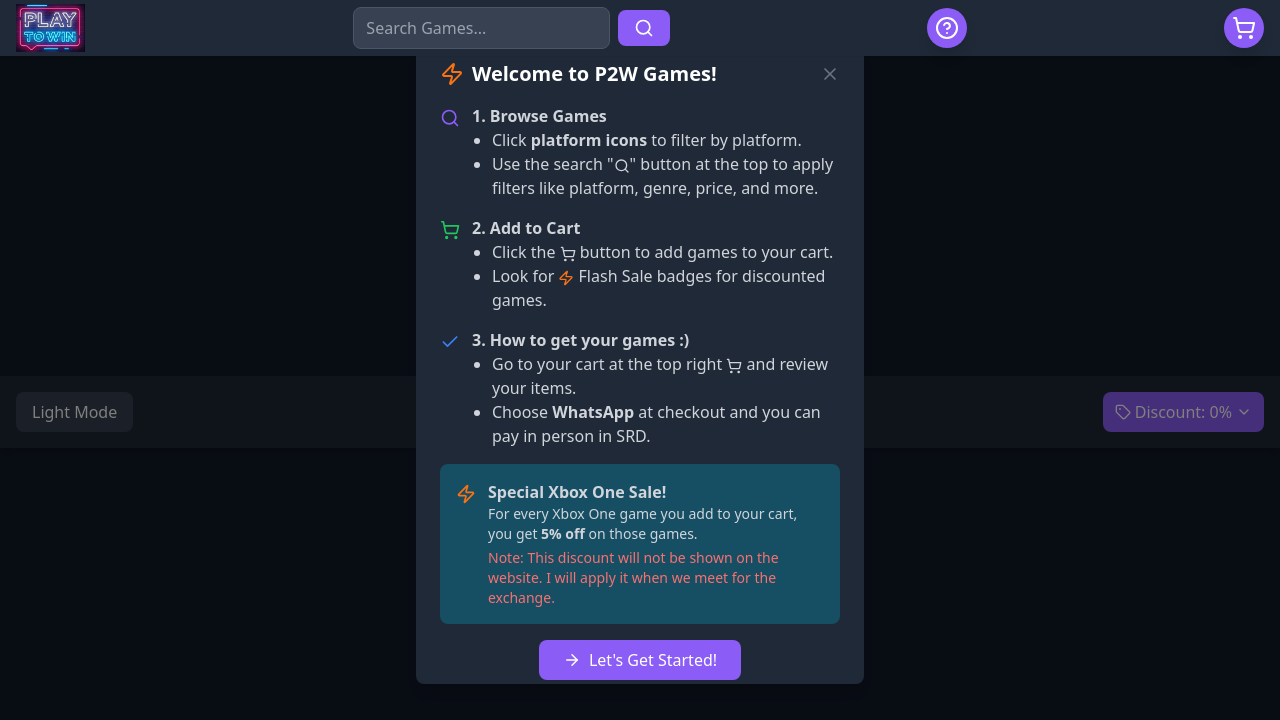
Repository: Play2Win777/P2W-Superbase
Page: /checkout
An editor plug-in stored every save of this project. The page is shown before and after the next save, followed by the edit.
The browser window is 1280 px wide. The pictures show the whole page.
The page's requests for data from a server got no answer. The project was rebuilt for these pictures with package versions that can differ from the ones it lists, and the page was loaded fresh each time. No one was signed in, and anything a server would have sent is missing. Also part of the build but not shown: vite.config.ts, src/components/Filters.tsx, src/components/GameCard.tsx, src/components/FlashSaleBadge.tsx, src/pages/GameDetails.tsx, src/pages/FlashSalePage.tsx, src/components/Toast.tsx.

Above is the page before, as saved 2025-03-21 15:55:18.

### index.html
<!doctype html>
<html lang="en">
  <head>
    <meta charset="UTF-8" />
    <link rel="icon" type="image/svg+xml" href="/vite.svg" />
    <meta name="viewport" content="width=device-width, initial-scale=1.0" />
    <title>P2W Games</title>
  </head>
  <body>
    <div id="root"></div>
    <script type="module" src="/src/main.tsx"></script>
  </body>
</html>

### src/main.tsx
import { StrictMode } from 'react';
import { createRoot } from 'react-dom/client';
import App from './App.tsx';
import './index.css';

// Add Storylane script dynamically
//const script = document.createElement('script');
//script.src = 'https://js.storylane.io/js/v2/storylane.js';
//script.async = true;
//document.head.appendChild(script);

createRoot(document.getElementById('root')!).render(
  <StrictMode>
    <App />
  </StrictMode>
);

### src/App.tsx
// src/App.tsx
import React, { useEffect, useState } from 'react';
import { BrowserRouter as Router, Routes, Route, useNavigate, useLocation } from 'react-router-dom';
import { Search, Zap, X, ShoppingCart, Filter, ArrowRight, Check, HelpCircle } from 'lucide-react';
import { fetchGames } from './api';
import { useStore } from './store';
import { Filters } from './components/Filters';
import { GameCard } from './components/GameCard';
import { Cart } from './components/Cart';
import { GameDetails } from './pages/GameDetails';
import { Checkout } from './pages/Checkout';
import { FlashSalePage } from './pages/FlashSalePage';
import { DiscountPopup } from './components/DiscountPopup';
import { ThemeContext } from './context/ThemeContext';
import { Toast } from './components/Toast';
import { ExchangeRateProvider } from './context/ExchangeRateContext'; // Import the ExchangeRateProvider

// IntroModal Component
const IntroModal = ({ isOpen, onClose }) => {
  if (!isOpen) return null;

  return (
    <div className="fixed inset-0 bg-black/50 flex items-center justify-center p-4 z-50">
      <div className="bg-white dark:bg-gray-800 p-6 rounded-lg max-w-md w-full max-h-[90vh] overflow-y-auto shadow-lg">
        {/* Modal Header */}
        <div className="flex justify-between items-center mb-4">
          <h2 className="text-xl font-bold dark:text-white flex items-center gap-2">
            <Zap size={24} className="text-orange-500" />
            Welcome to P2W Games!
          </h2>
          <button
            onClick={onClose}
            className="text-gray-500 hover:text-gray-700 dark:hover:text-gray-300"
          >
            <X size={20} />
          </button>
        </div>

        {/* Modal Body */}
        <div className="text-gray-700 dark:text-gray-300 space-y-4">
          {/* Step 1: Browse Games */}
          <div className="flex items-start gap-3">
            <Search size={20} className="flex-shrink-0 mt-1 text-purple-500" />
            <div>
              <p className="font-semibold">1. Browse Games</p>
              <ul className="list-disc pl-5">
                <li>Click <strong>platform icons</strong> to filter by platform.</li>
                <li>Use the search "<Search size={16} className="inline" />" button at the top to apply filters like platform, genre, price, and more.</li>
              </ul>
            </div>
          </div>

          {/* Step 2: Add to Cart */}
          <div className="flex items-start gap-3">
            <ShoppingCart size={20} className="flex-shrink-0 mt-1 text-green-500" />
            <div>
              <p className="font-semibold">2. Add to Cart</p>
              <ul className="list-disc pl-5">
                <li>Click the <ShoppingCart size={16} className="inline" /> button to add games to your cart.</li>
                <li>Look for <Zap size={16} className="inline text-orange-500" /> Flash Sale badges for discounted games.</li>
              </ul>
            </div>
          </div>

          {/* Step 3: Checkout */}
          <div className="flex items-start gap-3">
            <Check size={20} className="flex-shrink-0 mt-1 text-blue-500" />
            <div>
              <p className="font-semibold">3. How to get your games :)</p>
              <ul className="list-disc pl-5">
                <li>Go to your cart at the top right <ShoppingCart size={16} className="inline" /> and review your items.</li>
                <li>Choose <strong>WhatsApp</strong> at checkout and you can pay in person in SRD.</li>
              </ul>
            </div>
          </div>

          {/* Special Xbox One Sale Note */}
          <div className="bg-yellow-100 dark:bg-cyan-900 p-4 rounded-lg">
            <div className="flex items-start gap-3">
              <Zap size={20} className="flex-shrink-0 mt-1 text-orange-500" />
              <div>
                <p className="font-semibold">Special Xbox One Sale!</p>
                <p className="text-sm">
                  For every Xbox One game you add to your cart, you get <strong>5% off</strong> on those games.
                  <span className="block mt-1 text-red-600 dark:text-red-400">
                    Note: This discount will not be shown on the website. I will apply it when we meet for the exchange.
                  </span>
                </p>
              </div>
            </div>
          </div>

          {/* Call to Action */}
          <div className="mt-4 flex justify-center">
            <button
              onClick={onClose}
              className="bg-purple-500 text-white px-6 py-2 rounded-lg hover:bg-purple-600 transition-colors flex items-center gap-2"
            >
              <ArrowRight size={18} />
              Let's Get Started!
            </button>
          </div>
        </div>
      </div>
    </div>
  );
};

// SEARCH BAR COMPONENT
const SearchBar = () => {
  const {
    games,
    searchGames,
    setFilteredGames,
    setCurrentPage
  } = useStore();
  const [searchTerm, setSearchTerm] = useState('');
  const navigate = useNavigate();
  const location = useLocation();

  const handleSearch = (e) => {
    const term = e.target.value;
    setSearchTerm(term);

    if (searchGames) {
      searchGames(term);
    } else {
      if (!term.trim()) {
        setFilteredGames(games);
      } else {
        const results = games.filter(game =>
          game.Game_Title.toLowerCase().includes(term.toLowerCase())
        );
        setFilteredGames(results);
      }
    }

    // Reset to first page when searching
    setCurrentPage(1);

    // If user is not on the home page and they've typed at least 2 characters, navigate to home
    if (location.pathname !== '/' && term.length >= 2) {
      navigate('/');
    }
  };

  return (
    <input
      type="text"
      placeholder="Search Games..."
      value={searchTerm}
      onChange={handleSearch}
      className="w-full px-3 py-2 border rounded-lg text-gray-900 dark:bg-gray-700 dark:text-white dark:border-gray-600"
    />
  );
};

// FOOTER COMPONENT
const Footer = ({ toggleDarkMode, darkMode }) => {
  return (
    <footer className="bg-white dark:bg-gray-800 shadow-md mt-8 py-4 overflow-visible">
      <div className="container mx-auto px-4 flex items-center justify-between">
        {/* Dark Mode Toggle on the left */}
        <button
          onClick={toggleDarkMode}
          className="bg-gray-200 dark:bg-gray-700 text-gray-900 dark:text-white px-4 py-2 rounded-lg whitespace-nowrap"
        >
          {darkMode ? (
            <span>Light Mode</span>
          ) : (
            <span>Dark Mode</span>
          )}
        </button>

        {/* Add DiscountPopup button to the footer */}
        <div className="ml-4">
          <DiscountPopup />
        </div>
      </div>
    </footer>
  );
};

function App() {
  const {
    games,
    filteredGames,
    currentPage,
    setGames,
    setFilteredGames,
    setCurrentPage,
    showFilters,
    setShowFilters,
    filters,
    toastMessage,
    toastDiscountInfo,
  } = useStore();

  const [darkMode, setDarkMode] = useState(true);
  const [isScrolling, setIsScrolling] = useState(false);
  const [showIntroModal, setShowIntroModal] = useState(false);

  // Show intro modal on first visit
  useEffect(() => {
    const hasSeenIntro = localStorage.getItem('hasSeenIntro');
    if (!hasSeenIntro) {
      setShowIntroModal(true);
      localStorage.setItem('hasSeenIntro', 'true');
    }
  }, []);

  useEffect(() => {
    const loadGames = async () => {
      const fetchedGames = await fetchGames();
      const randomizedGames = [...fetchedGames].sort(() => Math.random() - 0.5);
      setGames(randomizedGames);
      setFilteredGames(randomizedGames);
    };

    loadGames();
  }, [setGames, setFilteredGames]);

  useEffect(() => {
    if (darkMode) {
      document.documentElement.classList.add('dark');
    } else {
      document.documentElement.classList.remove('dark');
    }
  }, [darkMode]);

  const toggleDarkMode = () => {
    setDarkMode((prev) => !prev);
  };

  const toggleFilters = () => {
    setShowFilters(!showFilters);
    if (!showFilters) {
      setIsScrolling(false);
      window.scrollTo({ top: 0, behavior: 'smooth' });
      setTimeout(() => {
        setIsScrolling(true);
      }, 1000);
    }
  };

  const gamesPerPage = 12;
  const paginatedGames = filteredGames.slice(0, currentPage * gamesPerPage);
  const hasMore = paginatedGames.length < filteredGames.length;

  const themeValue = {
    darkMode,
    toggleDarkMode: () => setDarkMode(prev => !prev)
  };

  return (
    <ThemeContext.Provider value={themeValue}>
      <ExchangeRateProvider> {/* Wrap the app with ExchangeRateProvider */}
        <Router>
          <div className={`min-h-screen ${darkMode ? 'bg-gray-900' : 'bg-gray-50'}`}>
            {/* Intro Modal */}
            <IntroModal
              isOpen={showIntroModal}
              onClose={() => setShowIntroModal(false)}
            />

            {/* Toast */}
            {toastMessage && (
              <Toast
                message={toastMessage}
                discountInfo={toastDiscountInfo || undefined}
              />
            )}

            <header className="bg-white dark:bg-gray-800 shadow-sm sticky top-0 z-50">
              <div className="container mx-auto px-4 py-1">
                <div className="flex justify-between items-center">
                  <div className="flex items-center gap-2">
                    <h1
                      onClick={() => window.location.href = '/'}
                      className="text-2xl font-bold text-gray-900 dark:text-white whitespace-nowrap cursor-pointer flex items-center"
                    >
                      <img src="/assets/icons/p2wlogo.png" alt="Play 2 Win" className="h-12 mr-3" />
                    </h1>
                  </div>

                  <div className="flex items-center w-1/2 md:w-auto">
                    <div className="mr-2 flex-grow">
                      <SearchBar />
                    </div>
                    <button
                      onClick={toggleFilters}
                      className="bg-purple-500 hover:bg-purple-600 text-white font-bold py-2 px-4 rounded-lg flex items-center"
                    >
                      <Search className="h-5 w-5" />
                    </button>
                  </div>

                  <button
                    onClick={() => setShowIntroModal(true)}
                    className="p-2 bg-purple-500 text-white rounded-full hover:bg-purple-600 transition-colors shadow-lg relative group"
                  >
                    <HelpCircle size={24} />
                    <div className="absolute top-full left-1/2 transform -translate-x-1/2 mt-2 px-2 py-1 bg-gray-800 text-white text-sm rounded opacity-0 group-hover:opacity-100 transition-opacity whitespace-nowrap z-50">
                      How it works
                    </div>
                  </button>

                  <Cart className="hidden md:block" />
                </div>
              </div>
            </header>

            <Routes>
              <Route
                path="/"
                element={
                  <main className="container mx-auto px-4 py-4">
                    {showFilters && (
                      <div className="mb-6">
                        <Filters />
                      </div>
                    )}

                    <div className="grid grid-cols-1 sm:grid-cols-2 lg:grid-cols-2 xl:grid-cols-3 gap-6 mt-0">
                      {paginatedGames.map((game) => (
                        <GameCard key={game.id} game={game} />
                      ))}
                    </div>
                    {hasMore && (
                      <div className="mt-8 text-center">
                        <button
                          onClick={() => setCurrentPage(currentPage + 1)}
                          className="bg-purple-500 text-white px-6 py-2 rounded-lg hover:bg-purple-600 transition-colors"
                        >
                          Load More Games
                        </button>
                      </div>
                    )}
                  </main>
                }
              />
              <Route path="/game/:id" element={<GameDetails />} />
              <Route path="/checkout" element={<Checkout />} />
              <Route path="/flash-sale" element={<FlashSalePage />} />
            </Routes>

            <Footer toggleDarkMode={themeValue.toggleDarkMode} darkMode={darkMode} />
          </div>
        </Router>
      </ExchangeRateProvider>
    </ThemeContext.Provider>
  );
}

export default App;

### src/index.css
@tailwind base;
@tailwind components;
@tailwind utilities;


@layer components {
 /* Base neon border effect with a rotating conic-gradient */
 .neon-border {
 position: relative;
 border-radius: 0.5rem; /* adjust to match your element's rounding */
 overflow: hidden; /* hide overflowing pseudo-element */
 z-index: 0;
 }

 .neon-border::before {
 content: "";
 position: absolute;
 inset: 0; /* cover the entire element */
 border-radius: inherit;
 padding: 2px; /* controls the border thickness */
 /* Conic-gradient creates a neon green effect with transparent gaps */
 background: conic-gradient(from 0deg, #39FF14, transparent 20%, transparent 80%, #39FF14);
 /* Mask to show the gradient only on the border (uses the padding area) */
 -webkit-mask: linear-gradient(white, white) content-box, linear-gradient(white, white);
 -webkit-mask-composite: destination-out;
 mask-composite: exclude;
 pointer-events: none;
 z-index: -1;
 transform-origin: center;
 animation: spin 6s linear infinite;
 }

 /* Additional neon effects – add these classes together with .neon-border as needed */

 /* Neon Pulse: gently scales and fades the element */
 .neon-pulse {
 position: relative;
 animation: pulse 2s ease-in-out infinite;
 }

 /* Neon Flicker: simulates a quick flicker */
 .neon-flicker {
 position: relative;
 animation: flicker 1.5s linear infinite;
 }

 /* Neon Wiggle: adds a slight rotational movement */
 .neon-wiggle {
 position: relative;
 animation: wiggle 0.6s ease-in-out infinite;
 }

 /* Neon Dash: animates background movement (can be combined with a background property) */
 .neon-dash {
 position: relative;
 /* For this effect, you might want to set a background that works with the animation */
 background: repeating-linear-gradient(
 45deg,
 #39FF14,
 #39FF14 10px,
 transparent 10px,
 transparent 20px
 );
 animation: dash 4s linear infinite;
 }


 /* Icon Container Style */
 .gamecard-icon-container {
 width: 5em; /* Adjust as needed */
 height: 2em; /* Adjust as needed */
 display: flex;
 align-items: center;
 justify-content: center;
 }
}


/* Keyframes Definitions */


/* Spin keyframe for the neon-border effect */
@keyframes spin {
 from {
 transform: rotate(0deg);
 }
 to {
 transform: rotate(360deg);
 }
}


/* Pulse keyframe: subtle scale and opacity changes */
@keyframes pulse {
 0%,
 20% {
 transform: scale(1);
 opacity: 1;
 }
 50% {
 transform: scale(1.1);
 opacity: 0.8;
 }
 100% {
 transform: scale(1);
 opacity: 1;
 }
}


/* Flicker keyframe: creates random opacity changes for a flickering effect */
@keyframes flicker {
 0%,
 100% {
 opacity: 1;
 }
 30% {
 opacity: 0.5;
 }
 50% {
 opacity: 0.8;
 }
 70% {
 opacity: 0.3;
 }
}


/* Wiggle keyframe: rotates the element slightly back and forth */
@keyframes wiggle {
 0% {
 transform: rotate(0deg);
 }
 25% {
 transform: rotate(5deg);
 }
 75% {
 transform: rotate(-5deg);
 }
 100% {
 transform: rotate(0deg);
 }
}


/* Dash keyframe: moves the background for a dynamic dashed look */
@keyframes dash {
 0% {
 background-position: 0 0;
 }
 100% {
 background-position: 100% 0;
 }
}


.fade-out {
    opacity: 0;
    transition: opacity 0.3s ease-in-out;
  }

### src/api.ts
import { createClient } from '@supabase/supabase-js';
import { Game } from './types';

const supabase = createClient(
  import.meta.env.VITE_SUPABASE_URL,
  import.meta.env.VITE_SUPABASE_KEY
);

export const fetchGames = async (): Promise<Game[]> => {
  const { data, error } = await supabase
    .from('Games')
    .select(`
      id,
      Game_Title,
      Platform,
      Genre,
      Sub_Genre,
      Age_Rating,
      Max_Offline_Players,
      Game_Modes,
      Developer,
      Release_Year,
      Price_to_Sell_For,
      Metacritic_Score,
      User_Score,
      Short_Description,
      Key_Features,
      Unique_Selling_Point,
      image_url_medium,
      Youtube_link
    `);

  if (error) {
    console.error('Supabase error:', error);
    return [];
  }

  return data as Game[];
};

### src/components/DiscountPopup.tsx
import React, { useState, useRef, useEffect } from 'react';
import { Tag, ChevronDown } from 'lucide-react';
import { useStore } from '../store';

export const DiscountPopup: React.FC = () => {
  const { cart } = useStore();
  const [isOpen, setIsOpen] = useState(false);
  const popupRef = useRef<HTMLDivElement>(null);

  // Count total items including quantities
  const itemCount = cart.reduce((total, item) => total + item.quantity, 0);
  let discountTier = "0%";
  let nextTier = "";
  let progress = 0;

  if (itemCount >= 5) {
    discountTier = "20%";
    progress = 100;
    nextTier = "Maximum discount achieved!";
  } else if (itemCount >= 3) {
    discountTier = "10%";
    nextTier = "Buy 2 more for 20% off!";
    progress = 60;
  } else if (itemCount >= 2) {
    discountTier = "5%";
    nextTier = "Buy 1 more for 10% off!";
    progress = 40;
  } else if (itemCount >= 1) {
    discountTier = "0%";
    nextTier = "Buy 1 more for 5% off!";
    progress = 20;
  } else {
    nextTier = "Buy your first game!";
  }

  // Close the popup when clicking outside
  useEffect(() => {
    const handleClickOutside = (event: MouseEvent) => {
      if (popupRef.current && !popupRef.current.contains(event.target as Node)) {
        setIsOpen(false);
      }
    };

    document.addEventListener('mousedown', handleClickOutside);
    return () => {
      document.removeEventListener('mousedown', handleClickOutside);
    };
  }, []);

  return (
    <div className="relative" ref={popupRef}>
      <button
        onClick={() => setIsOpen(!isOpen)}
        className="inline-flex items-center text-white bg-purple-500 hover:bg-purple-600 px-3 py-2 rounded-lg transition-colors"
      >
        <Tag size={16} className="mr-1" />
        <span className="mr-1">Discount: {discountTier}</span>
        <ChevronDown size={16} className={`transition-transform ${isOpen ? 'rotate-180' : ''}`} />
      </button>

      {isOpen && (
        <div className="absolute bottom-full right-0 mb-2 z-50 bg-white dark:bg-gray-800 rounded-lg shadow-lg p-4 w-64">
          <h3 className="text-lg font-bold text-gray-900 dark:text-white mb-2">Volume Discount</h3>
          <div className="w-full bg-gray-200 dark:bg-gray-700 rounded-full h-2.5 mb-2">
            <div className="bg-purple-500 h-2.5 rounded-full" style={{ width: `${progress}%` }}></div>
          </div>
          <p className="text-sm text-gray-700 dark:text-gray-300">{nextTier}</p>
          <div className="mt-3 text-xs text-gray-600 dark:text-gray-400">
            <p>• 2 games: 5% off</p>
            <p>• 3 games: 10% off</p>
            <p>• 5+ games: 20% off</p>
          </div>
        </div>
      )}
    </div>
  );
};

### src/context/ThemeContext.tsx

 // src/context/ThemeContext.tsx
 import { createContext, useContext } from 'react';


 type ThemeContextType = {
  darkMode: boolean;
  toggleDarkMode: () => void;
 };


 export const ThemeContext = createContext<ThemeContextType>({
  darkMode: false,
  toggleDarkMode: () => {},
 });


 export const useTheme = () => useContext(ThemeContext);

### src/context/ExchangeRateContext.tsx
// src/context/ExchangeRateContext.tsx
import React, { createContext, useState, useEffect, useContext } from 'react';

interface ExchangeRateContextType {
  exchangeRate: number | null;
}

const ExchangeRateContext = createContext<ExchangeRateContextType>({ exchangeRate: null });

export const ExchangeRateProvider: React.FC<{ children: React.ReactNode }> = ({ children }) => {
  const [exchangeRate, setExchangeRate] = useState<number | null>(null);

  useEffect(() => {
    const fetchExchangeRate = async () => {
      try {
        const response = await fetch('https://api.exchangerate-api.com/v4/latest/USD');
        const data = await response.json();
        const usdToSrd = data.rates.SRD || 36.35; // Fallback to 36.35 if API fails
        setExchangeRate(usdToSrd + 0.4); // Add 40 cents markup
      } catch (error) {
        console.error('Failed to fetch exchange rate:', error);
        setExchangeRate(36.35 + 0.4); // Fallback to 36.35 + 0.4 if API fails
      }
    };

    fetchExchangeRate();
  }, []);

  return (
    <ExchangeRateContext.Provider value={{ exchangeRate }}>
      {children}
    </ExchangeRateContext.Provider>
  );
};

export const useExchangeRate = () => useContext(ExchangeRateContext);

### src/utils/gameHelpers.ts
// utils/gameHelpers.ts
export const isFlashSaleEligible = (game: any): boolean => {
  if (!game) return false;

  // Games with Metacritic score > 85 are eligible for flash sale
  // You can customize this logic based on your requirements
  return game.Metacritic_Score && parseInt(game.Metacritic_Score) < 70;
};

Loaded but not shown: tailwind.config.js (25 lines, source omitted); src/pages/Checkout.tsx (648 lines, source omitted); src/components/Cart.tsx (265 lines, source omitted); src/store.ts (234 lines, source omitted)

After the next save:
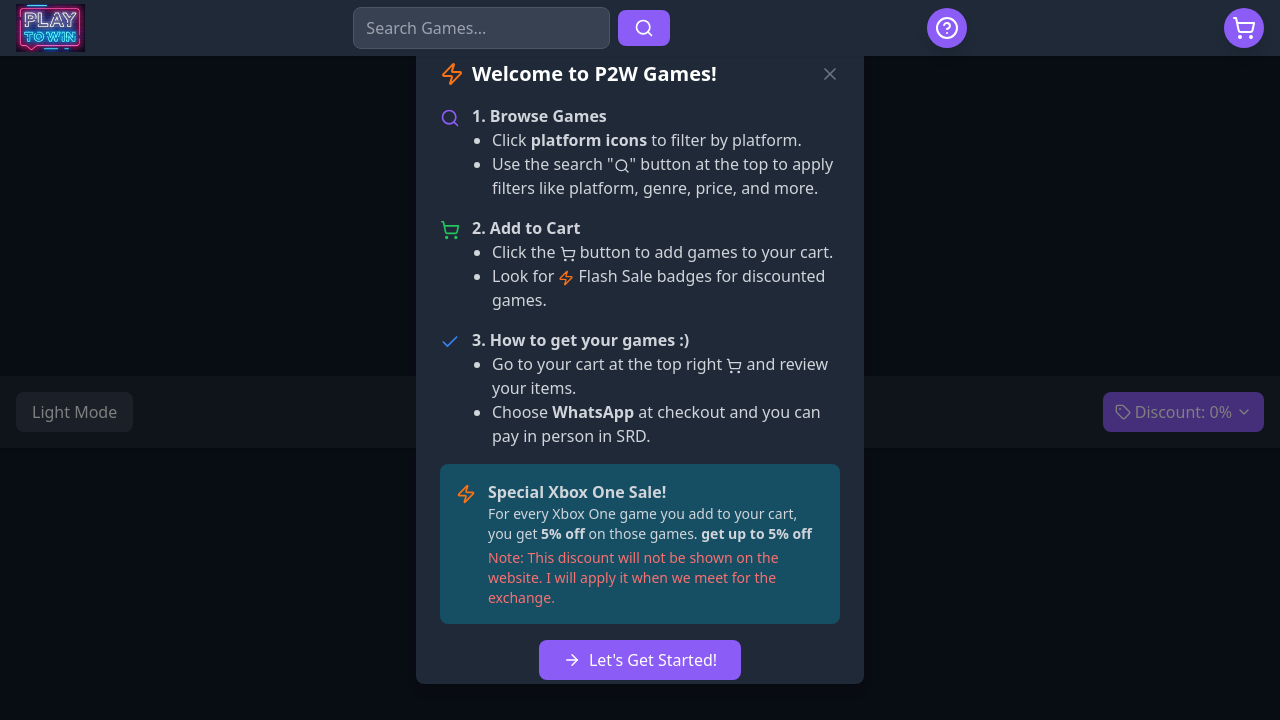
Saved 102 s later.
--- a/src/App.tsx
+++ b/src/App.tsx
@@ -81,7 +81,7 @@
               <div>
                 <p className="font-semibold">Special Xbox One Sale!</p>
                 <p className="text-sm">
-                  For every Xbox One game you add to your cart, you get <strong>5% off</strong> on those games.
+                  For every Xbox One game you add to your cart, you get <strong>5% off</strong> on those games. <strong>get up to 5% off</strong>
                   <span className="block mt-1 text-red-600 dark:text-red-400">
                     Note: This discount will not be shown on the website. I will apply it when we meet for the exchange.
                   </span>
